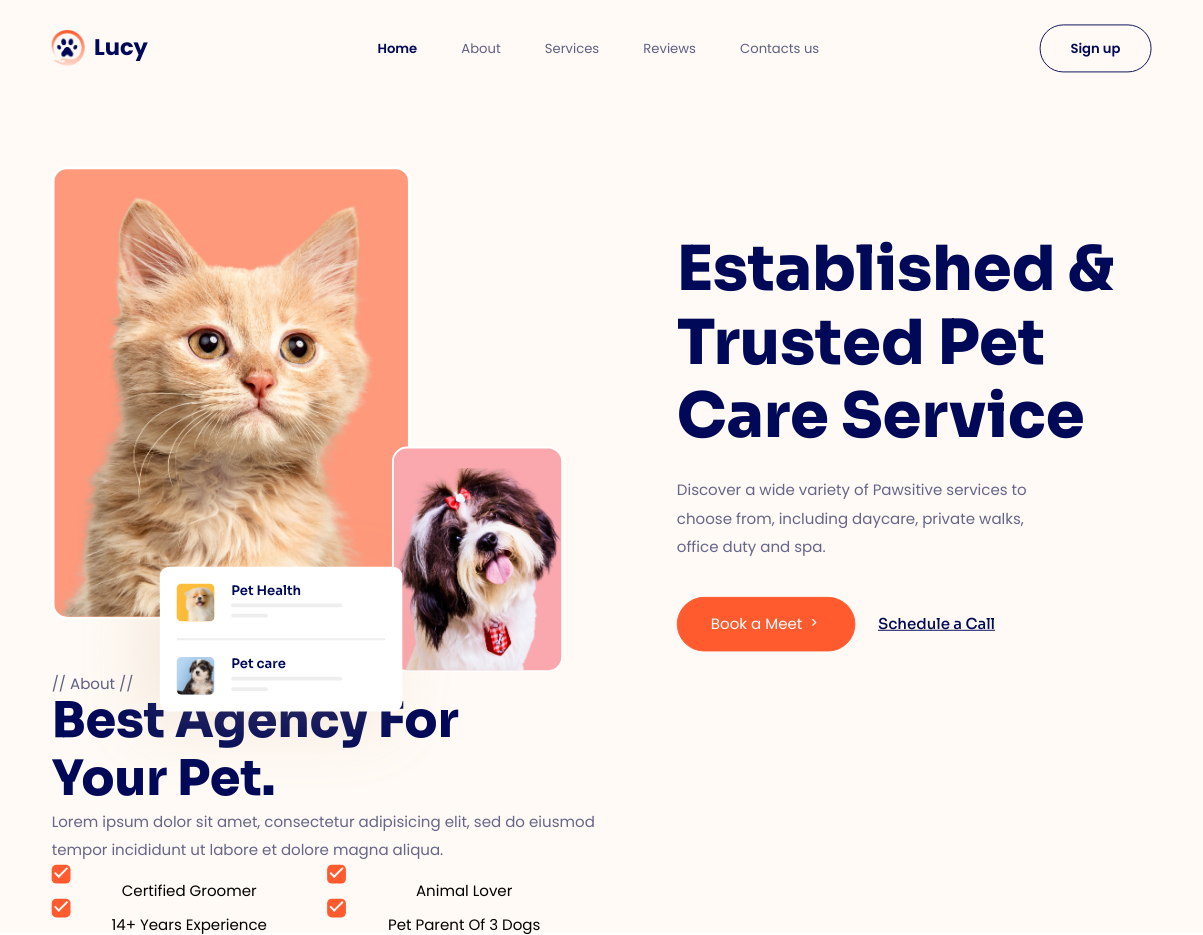
Repository: Cuongquaidan/F8projeact-04
Page: index.html
An editor plug-in stored every save of this project. The page is shown before and after the next save, followed by the edit.
The browser window is 1280 px wide. The pictures show the whole page, at 94% of full size.

Above is the page before, as saved 2023-04-15 13:09:47.

After the next save:
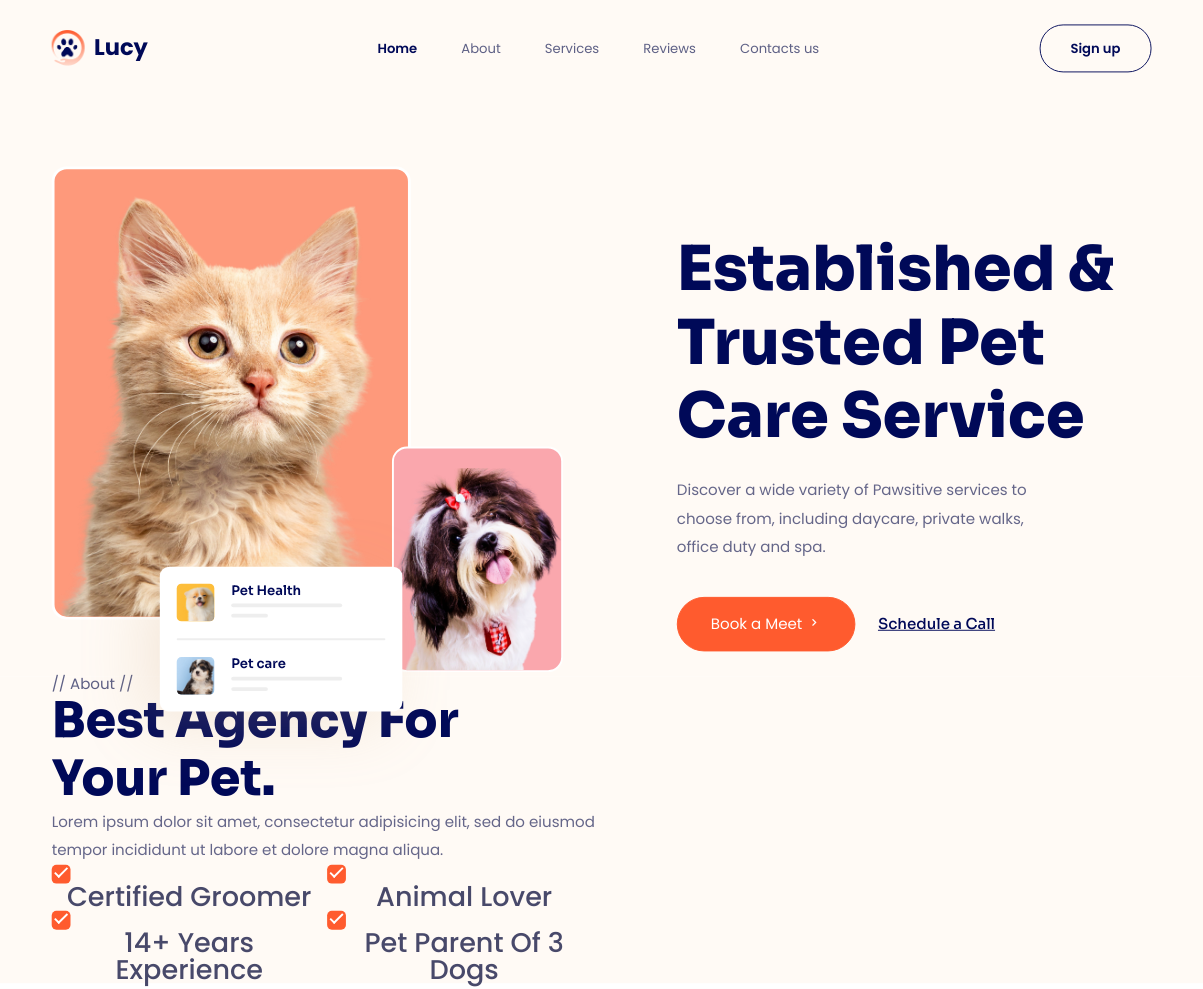
Saved 73 s later.
--- a/asset/css/styles.css
+++ b/asset/css/styles.css
@@ -313,3 +313,8 @@ a {
     border-left: 2px solid #fff;
     rotate: -45deg;
 }
+.about__name-check {
+    color: #48496a;
+    font-size: 1.8em;
+    font-weight: 500;
+}
